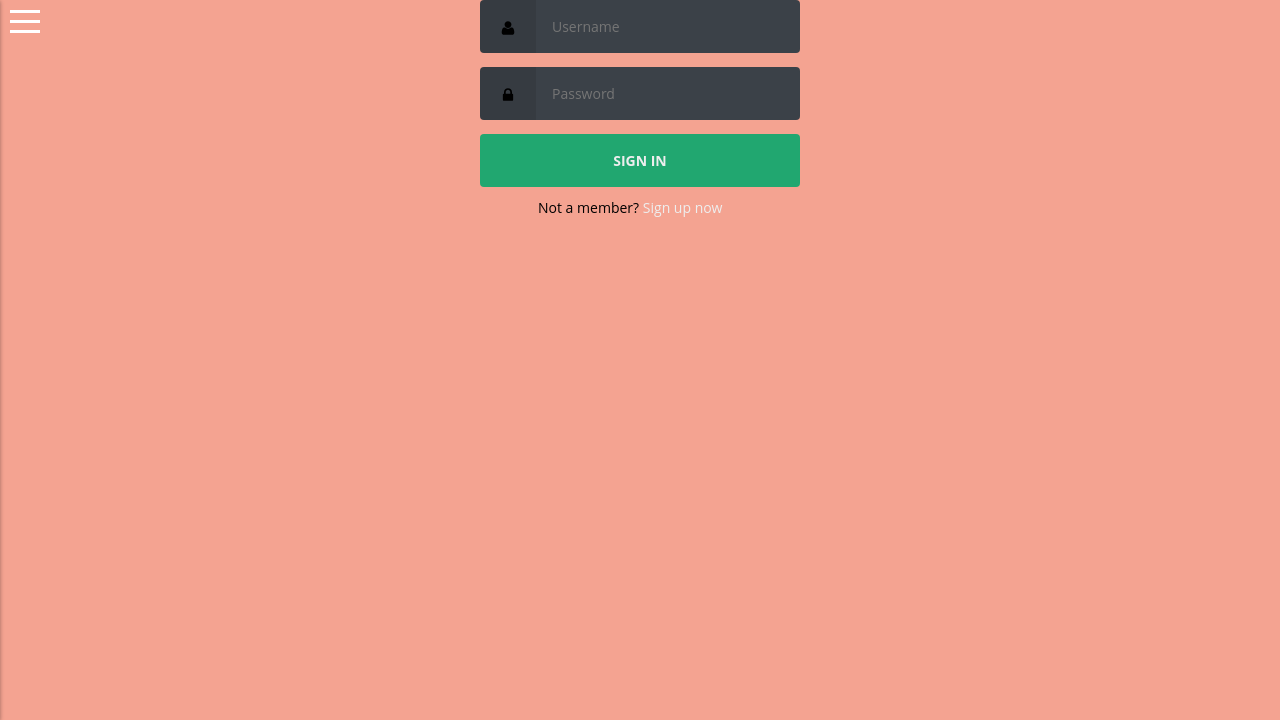
Repository: se-yoo/ChangeSeat
Page: http://localhost/ChangeSeat/signUp.jsp
These files come from the project's save history. The page is drawn as it stood at one moment and after the next save; the edit follows.
The browser window is 1280 px wide. The pictures show the whole page.
The first visible `.login input[type='submit']` has the focus.
Some web libraries are served in a nearby version. The page is served by Tomcat 9.

Above is the page before, as saved 2018-06-25 09:35:26.

### ChangeSeat/WebContent/signUp.jsp
<%@ page language="java" contentType="text/html; charset=UTF-8"
    pageEncoding="UTF-8"%>
<jsp:forward page="templateTest.jsp">
	<jsp:param name="CONTENTPAGE" value="loginProc.jsp"/>
</jsp:forward>

### ChangeSeat/WebContent/templateTest.jsp
<%@ page language="java" contentType="text/html; charset=UTF-8"
    pageEncoding="UTF-8"%>
<!DOCTYPE html>
<html>
<head>
<meta charset="UTF-8">
<title>자리바꾸기</title>
<meta name="viewport" content="width=device-width, initial-scale=1">
 <title>Side Menu</title>
 <link rel="stylesheet" href="templateStyle.css">
 <link href='https://fonts.googleapis.com/css?family=Pacifico' rel='stylesheet' type='text/css'>
 <script src="//ajax.googleapis.com/ajax/libs/jquery/1.6.1/jquery.min.js" type="text/javascript"></script>
 <script>
$(document).ready(function(){
  /*
  $(".first").mouseover(function(){
    $(".second").css("background-color", '#6b81d5');
    $(".first").css("background-color", '#D56B81');

  });
  $(".second").mouseover(function(){
    $(".second").css("background-color", '#8a6bd5');
    $(".first").css("background-color", '#6bd5bf');

  });
  */
  $(".wrap").click(function(){
    $(".top").toggleClass("addedtop");
    $(".mid").toggleClass("addedmid");
    $(".bot").toggleClass("addedbot");
$(".side").toggleClass("triggered");
    $(".sidebtn").toggleClass("sideopacity");


  });

}); //final
</script>
</head>
<body>
<%
	String contentpage=request.getParameter("CONTENTPAGE");
%>
  <div class="wrap">
<span class="line top"></span>
  <span class="line mid"></span>
  <span class="line bot"></span>
  </div>
  <div class="side">
    <a href="main.jsp" class="sidebtn">홈</a>
    <a href="#" class="sidebtn">자리바꾸기</a>
    <a href="#" class="sidebtn">조편성</a>
    <a href="#" class="sidebtn">정보관리</a>
  </div>
  <jsp:include page="<%= contentpage %>"></jsp:include>
</body>
</html>

### ChangeSeat/WebContent/loginProc.jsp
<%@ page language="java" contentType="text/html; charset=UTF-8"
	pageEncoding="UTF-8"%>
<!DOCTYPE html>
<html>
<head>
<meta content="text/html; charset=UTF-8">
<title></title>
 <link rel="stylesheet" href="loginStyle.css">
</head>
<body>
	<div class="grid">

    <form action="https://httpbin.org/post" method="POST" class="form login">

      <div class="form__field">
        <label for="login__username"><svg class="icon"><use xmlns:xlink="http://www.w3.org/1999/xlink" xlink:href="#user"></use></svg><span class="hidden">Username</span></label>
        <input id="login__username" type="text" name="username" class="form__input" placeholder="Username" required>
      </div>

      <div class="form__field">
        <label for="login__password"><svg class="icon"><use xmlns:xlink="http://www.w3.org/1999/xlink" xlink:href="#lock"></use></svg><span class="hidden">Password</span></label>
        <input id="login__password" type="password" name="password" class="form__input" placeholder="Password" required>
      </div>

      <div class="form__field">
        <input type="submit" value="Sign In">
      </div>

    </form>

    <p class="text--center">Not a member? <a href="#">Sign up now</a> <svg class="icon"><use xmlns:xlink="http://www.w3.org/1999/xlink" xlink:href="assets/images/icons.svg#arrow-right"></use></svg></p>

  </div>

	  <svg xmlns="http://www.w3.org/2000/svg" class="icons"><symbol id="arrow-right" viewBox="0 0 1792 1792">
	  <path d="M1600 960q0 54-37 91l-651 651q-39 37-91 37-51 0-90-37l-75-75q-38-38-38-91t38-91l293-293H245q-52 0-84.5-37.5T128 1024V896q0-53 32.5-90.5T245 768h704L656 474q-38-36-38-90t38-90l75-75q38-38 90-38 53 0 91 38l651 651q37 35 37 90z"/>
	  </symbol><symbol id="lock" viewBox="0 0 1792 1792">
	  <path d="M640 768h512V576q0-106-75-181t-181-75-181 75-75 181v192zm832 96v576q0 40-28 68t-68 28H416q-40 0-68-28t-28-68V864q0-40 28-68t68-28h32V576q0-184 132-316t316-132 316 132 132 316v192h32q40 0 68 28t28 68z"/>
	  </symbol><symbol id="user" viewBox="0 0 1792 1792"><path d="M1600 1405q0 120-73 189.5t-194 69.5H459q-121 0-194-69.5T192 1405q0-53 3.5-103.5t14-109T236 1084t43-97.5 62-81 85.5-53.5T538 832q9 0 42 21.5t74.5 48 108 48T896 971t133.5-21.5 108-48 74.5-48 42-21.5q61 0 111.5 20t85.5 53.5 62 81 43 97.5 26.5 108.5 14 109 3.5 103.5zm-320-893q0 159-112.5 271.5T896 896 624.5 783.5 512 512t112.5-271.5T896 128t271.5 112.5T1280 512z"/></symbol></svg>

</body>
</html>

### ChangeSeat/WebContent/templateStyle.css
@CHARSET "UTF-8";
@font-face{
	font-family:yangFont;
	src:url('yangfont05.ttf') format('truetype');
}
@font-face{
	font-family:Nanum;
	src:url('NanumBarunGothicLight.ttf') format('truetype');
}
body {
  background-color:#f4a391;
  margin: 0;
  padding: 0;
  font-family:Nanum;
}
html,body {
 height:100%;
}
.line {
 display: block;
  height:3px;
  width:30px;
  background-color:white;
  margin-top:5px;
  position: absolute;
  top:0;

  transition: all .4s ease-in-out;
}
.wrap {
 height:80px;
  position: relative;
  top:5px;
  left:10px;
  width: 30px;
  z-index: +150;
  cursor: pointer;
  height:30px;
  position: fixed;
}

.mid {
 top:10px;
}
.bot {
top:20px;
}

.addedmid {
  transform: rotate(135deg);
}
.addedtop {
  transform: rotate(45deg);
  top:10px;
}
.addedbot {
 opacity: 0;
}
.side {
	font-family: yangFont;
	width:20%;
  	position: fixed;
  	height:100%;
  	text-align: center;
  	left:-20%;
  	z-index: 80;
  	box-shadow: 0 1px 4px 0 rgba(0,0,0,0.37);
  	top:0;
  	background-color: #21a770;
  	transition: all .5s ease-in-out;
}
.sidebtn {
 text-decoration: none;
  display: block;
  color:white;
  font-size:35px;
  opacity:0;
  width:50%;
  position: relative;
  left:25%;
  top:25%;
  white-space: nowrap;
  line-height:100px;
  transition:all .25s ease-in-out;

}
.sideopacity  {
 opacity: 1;
  transition: all 1s ease-in-out;
}
.sidebtn:hover {
  text-shadow: 2px 2px rgba(0, 0, 0, 0.38);
}
.triggered {
 left:0;
}
.sidebtn::after {
 content: '';
  position: absolute;
  bottom:0;
  left:50%;
  width:0%;
  height:5px;
  background-color: white;
  transition: all .3s ease-out;
}
.sidebtn:hover::after {
 width: 100%;
  left:0;
  box-shadow: 2px 2px rgba(0, 0, 0, 0.38);
}

### ChangeSeat/WebContent/loginStyle.css
@CHARSET "UTF-8";
@font-face{
	font-family:yangFont;
	src:url('yangfont05.ttf') format('truetype');
}
@font-face{
	font-family:Nanum;
	src:url('NanumBarunGothicLight.ttf') format('truetype');
}
body{
	text-align:center;
	font-size:1.2em;
  color: var(--bodyColor);
  font-family: var(--bodyFontFamily), var(--bodyFontFamilyFallback);
  font-size: var(--bodyFontSize);
  font-weight: var(--bodyFontWeight);
  height: 100%;
  line-height: var(--bodyLineHeight);
  margin: 0;
  min-height: 100vh;
}

:root {
  --gridMaxWidth: 20rem;
  --gridWidth: 90%;
}

.grid {
  margin-left: auto;
  margin-right: auto;
  max-width: var(--gridMaxWidth);
  width: var(--gridWidth);
}

/* helpers/hidden.css */

.hidden {
  border: 0;
  clip: rect(0 0 0 0);
  height: 1px;
  margin: -1px;
  overflow: hidden;
  padding: 0;
  position: absolute;
  width: 1px;
}

/* helpers/icon.css */

:root {
  --iconFill: var(--baseColor);
}

.icons {
  display: none;
}

.icon {
  display: inline-block;
  fill: var(--iconFill);
  font-size: 1rem;
  height: 1em;
  vertical-align: middle;
  width: 1em;
}

/* layout/base.css */

:root {
  --htmlFontSize: 100%;

  --bodyBackgroundColor: #2c3338;
  --bodyColor: var(--baseColor);
  --bodyFontFamily: 'Open Sans';
  --bodyFontFamilyFallback: sans-serif;
  --bodyFontSize: 0.875rem;
  --bodyFontWeight: 400;
  --bodyLineHeight: 1.5;
}

* {
  box-sizing: inherit;
}

html {
  box-sizing: border-box;
  font-size: var(--htmlFontSize);
  height: 100%;
}
/* modules/anchor.css */

:root {
  --anchorColor: #eee;
}

a {
  color: var(--anchorColor);
  outline: 0;
  text-decoration: none;
}

a:focus,
a:hover {
  text-decoration: underline;
}

/* modules/form.css */

:root {
  --formFieldMargin: 0.875rem;
}

input {
  background-image: none;
  border: 0;
  color: inherit;
  font: inherit;
  margin: 0;
  outline: 0;
  padding: 0;
  transition: background-color 0.3s;
}

input[type='submit'] {
  cursor: pointer;
}

.form {
  margin: calc(var(--formFieldMargin) * -1);
}

.form input[type='password'],
.form input[type='text'],
.form input[type='submit'] {
  width: 100%;
}

.form__field {
  display: flex;
  margin: var(--formFieldMargin);
}

.form__input {
  flex: 1;
}

/* modules/login.css */

:root {
  --loginBorderRadus: 0.25rem;
  --loginColor: #eee;

  --loginInputBackgroundColor: #3b4148;
  --loginInputHoverBackgroundColor: #434a52;

  --loginLabelBackgroundColor: #363b41;

  --loginSubmitBackgroundColor: #ea4c88;
  --loginSubmitColor: #eee;
  --loginSubmitHoverBackgroundColor: #d44179;
}

.login {
  color: var(--loginColor);
}

.login label,
.login input[type='text'],
.login input[type='password'],
.login input[type='submit'] {
  border-radius: var(--loginBorderRadus);
  padding: 1rem;
}

.login label {
  background-color: var(--loginLabelBackgroundColor);
  border-bottom-right-radius: 0;
  border-top-right-radius: 0;
  padding-left: 1.25rem;
  padding-right: 1.25rem;
}

.login input[type='password'],
.login input[type='text'] {
  background-color: var(--loginInputBackgroundColor);
  border-bottom-left-radius: 0;
  border-top-left-radius: 0;
}

.login input[type='password']:focus,
.login input[type='password']:hover,
.login input[type='text']:focus,
.login input[type='text']:hover {
  background-color: var(--loginInputHoverBackgroundColor);
}

.login input[type='submit'] {
  background-color: #21a770;
  color: var(--loginSubmitColor);
  font-weight: 700;
  text-transform: uppercase;
}

.login input[type='submit']:focus,
.login input[type='submit']:hover {
  background-color: #21a770;
}

/* modules/text.css */

:root {
  --paragraphMarginBottom: 1.5rem;
  --paragraphMarginTop: 1.5rem;
}

p {
  margin-bottom: var(--paragraphMarginBottom);
  margin-top: var(--paragraphMarginTop);
}

.text--center {
  text-align: center;
}

After the next save:
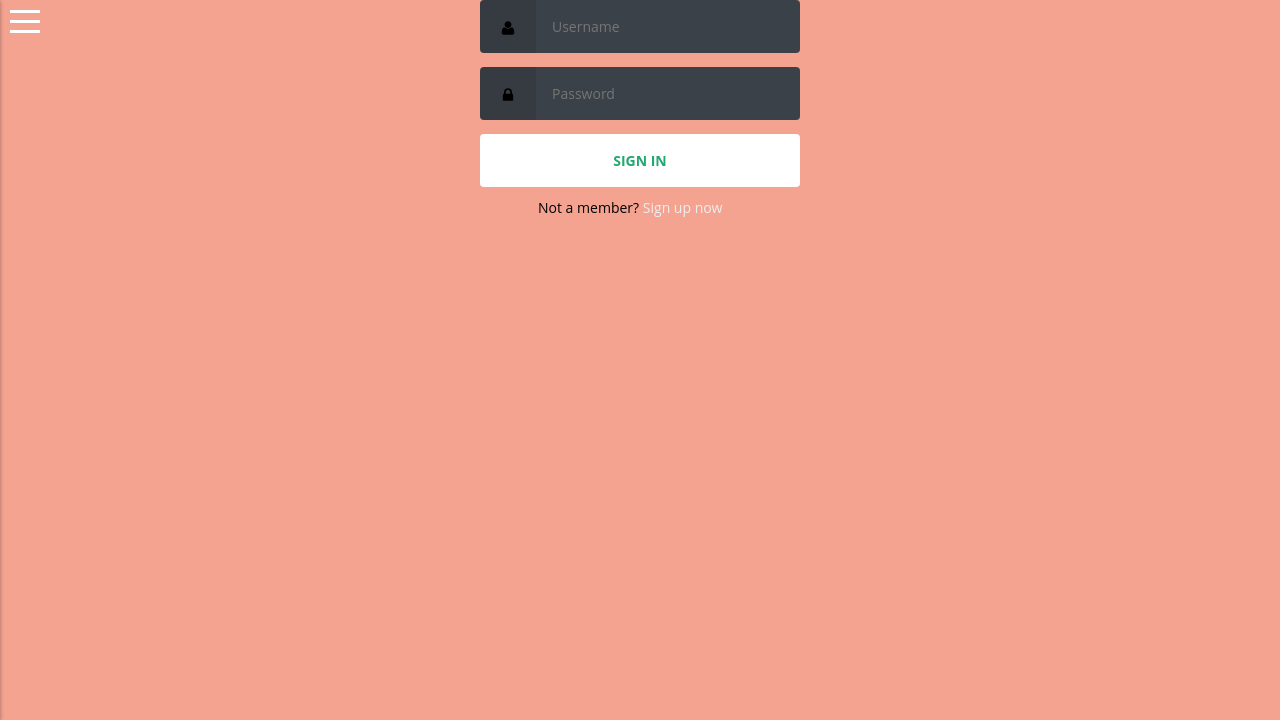
Saved 12 s later.
--- a/ChangeSeat/WebContent/loginStyle.css
+++ b/ChangeSeat/WebContent/loginStyle.css
@@ -203,7 +203,8 @@ input[type='submit'] {
 
 .login input[type='submit']:focus,
 .login input[type='submit']:hover {
-  background-color: #21a770;
+  background-color: white;
+  color:#21a770;
 }
 
 /* modules/text.css */
